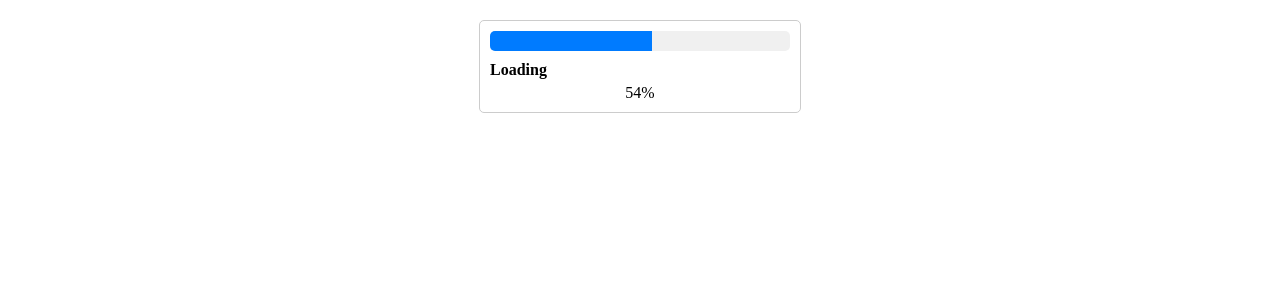
Repository: sriram1224/Loading_bar
Page: /
The author's editor kept a copy of each file at every save. The page is drawn from the files as they stood at one save, then again after the next save.
The browser window is 1280 px wide. The pictures show the whole page.
The project was rebuilt for these pictures with package versions that can differ from the ones it lists, and the page was loaded fresh each time. Also part of the build but not shown: src/App.css.

Above is the page before, as saved 2024-04-22 04:28:13.

### src/index.css
.progress-bar-container {
  width: 300px;
  margin: 20px auto;
  border: 1px solid #ccc;
  border-radius: 5px;
  padding: 10px;
}

.progress-bar {
  width: 100%;
  height: 20px;
  background-color: #f0f0f0;
  border-radius: 5px;
  overflow: hidden;
}

.progress {
  height: 100%;
  background-color: #007bff;
}

.status {
  margin-top: 10px;
  font-weight: bold;
}

.percentage {
  margin-top: 5px;
  text-align: center;
}

### src/App.js
import logo from './logo.svg';
import './App.css';
import LocalTasker from './loader';
function App() {
  return (
    <div>
      <LocalTasker />
    </div>
  );
}

export default App;

### src/loader.js
import React, { useState, useEffect } from 'react';

const ProgressBar = () => {
  const [progress, setProgress] = useState(0);
  const [status, setStatus] = useState('Loading');

  useEffect(() => {
    const interval = setInterval(() => {
      // Increment progress by 1% until it reaches 100%
      if (progress < 100) {
        setProgress(prevProgress => {
          const nextProgress = prevProgress + 1;
          return nextProgress > 100 ? 100 : nextProgress;
        });
      } else {
        clearInterval(interval);
        setStatus('Complete');
      }
    }, 100); // Adjust the interval duration as per your preference for smoothness

    return () => clearInterval(interval);
  }, []);

  return (
    <div className="progress-bar-container">
      <div className="progress-bar">
        <div className="progress" style={{ width: `${progress}%` }} />
      </div>
      <div className="status">
        {status}
      </div>
      <div className="percentage">{progress}%</div>
    </div>
  );
};

export default ProgressBar;

Loaded but not shown: public/index.html (common file); src/index.js (common file); src/reportWebVitals.js (common file)

After the next save:
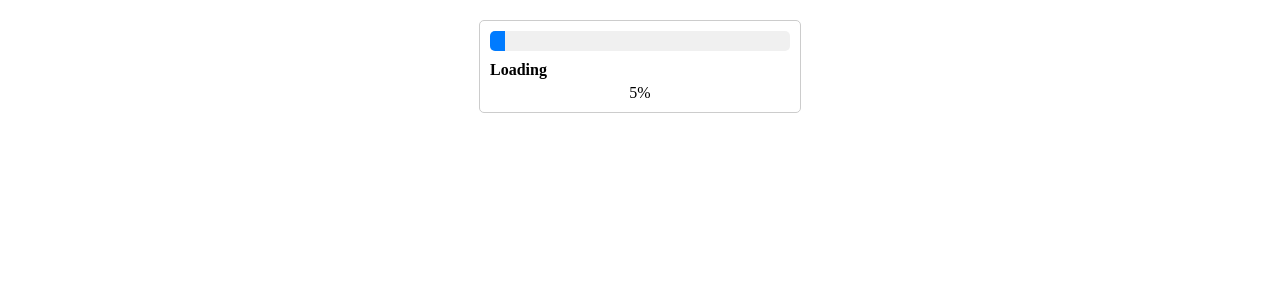
Saved 113 s later.
--- a/src/loader.js
+++ b/src/loader.js
@@ -16,7 +16,7 @@ const ProgressBar = () => {
         clearInterval(interval);
         setStatus('Complete');
       }
-    }, 100); // Adjust the interval duration as per your preference for smoothness
+    }, 1000); // Adjust the interval duration as per your preference for smoothness
 
     return () => clearInterval(interval);
   }, []);
